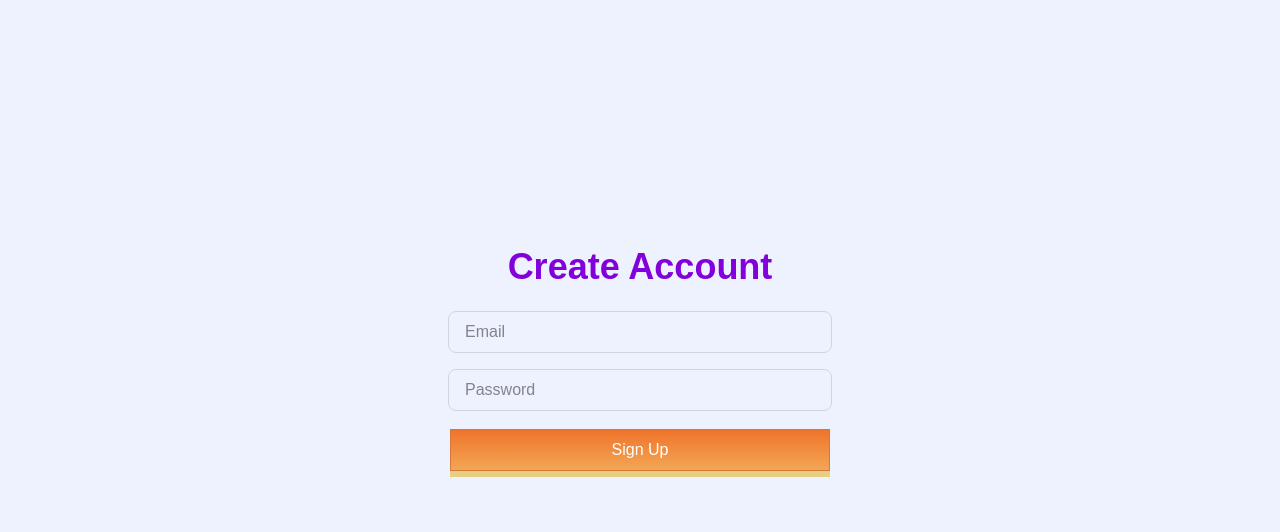
Repository: ramosfranz/bookie
Page: /signup
An editor plug-in stored every save of this project. The page is shown before and after the next save, followed by the edit.
The browser window is 1280 px wide. The pictures show the whole page.
The page's requests for data from a server got no answer. Some web fonts or font styles are not loaded; a fallback is used. The project was rebuilt for these pictures with package versions that can differ from the ones it lists, and the page was loaded fresh each time. The framework's server and built-in components were replaced by stand-ins that run in the browser. No one was signed in, and anything a server would have sent is missing. Also part of the build but not shown: next.config.ts.

Above is the page before, as saved 2025-12-06 03:17:28.

### src/app/layout.tsx
import type { Metadata } from "next";
import "./globals.css";
import Head from "next/head";

export const metadata: Metadata = {
  title: "Bookie",
  description: "Bookie",
};

export default function RootLayout({
  children,
}: Readonly<{ children: React.ReactNode }>) {
  return (
    <html lang="en">
      <Head>
        <link rel="preconnect" href="https://fonts.googleapis.com" />
        <link rel="preconnect" href="https://fonts.gstatic.com" crossOrigin="anonymous" />
        <link href="https://fonts.googleapis.com/css2?family=Jersey+25&display=swap" rel="stylesheet" />

      </Head>
      <body className="font-jersey antialiased">{children}</body>
    </html>
  );
}

### src/app/signup/page.tsx
"use client";

import { useState } from "react";
import { useRouter } from "next/navigation";
import { signUp } from "@/lib/supabase/auth";
import '../styles/pixelButton.css';

export default function SignupPage() {
  const router = useRouter();
  const [email, setEmail] = useState("");
  const [password, setPassword] = useState("");
  const [loading, setLoading] = useState(false);
  const [errorMsg, setErrorMsg] = useState("");

  const handleSignup = async (e: React.FormEvent) => {
    e.preventDefault();
    setLoading(true);
    setErrorMsg("");

    // Create user in Supabase
    const { data: authData, error: signUpError } = await signUp(email, password);

    if (signUpError) {
      setErrorMsg(signUpError.message);
      setLoading(false);
      return;
    }

    alert(
      "Signup successful! Please check your email to confirm your account before logging in."
    );

    router.push("/login");
    setLoading(false);
  };

  return (
    <div className="flex flex-col items-center justify-center min-h-screen bg-indigo-50 p-6">
      <h1 className="text-4xl font-bold mb-6 text-purple-700">Create Account</h1>
      <form onSubmit={handleSignup} className="flex flex-col gap-4 w-full max-w-sm">
        <input
          type="email"
          placeholder="Email"
          value={email}
          onChange={(e) => setEmail(e.target.value)}
          className="px-4 py-2 rounded-lg border border-gray-300 focus:outline-none focus:ring-2 focus:ring-purple-500"
          required
        />
        <input
          type="password"
          placeholder="Password"
          value={password}
          onChange={(e) => setPassword(e.target.value)}
          className="px-4 py-2 rounded-lg border border-gray-300 focus:outline-none focus:ring-2 focus:ring-purple-500"
          required
        />
        {errorMsg && <p className="text-red-600">{errorMsg}</p>}
        <button
          type="submit"
          className="pixelButton"
          disabled={loading}
        >
          {loading ? "Signing up..." : "Sign Up"}
        </button>
      </form>
    </div>
  );
}

### src/app/globals.css
@import url('https://fonts.googleapis.com/css2?family=Jersey+25&display=swap');
@import "tailwindcss";

:root {
  --background: #ffffff;
  --foreground: #171717;
  --font-jersey: 'Jersey 25', sans-serif;
}

@theme inline {
  --color-background: var(--background);
  --color-foreground: var(--foreground);
}

@media (prefers-color-scheme: dark) {
  :root {
    --background: #0a0a0a;
    --foreground: #ededed;
  }
}

body {
  background: var(--background);
  color: var(--foreground);
  font-family: var(--font-jersey);
}

.pixelated {
  image-rendering: pixelated;       /* Modern browsers */
  image-rendering: crisp-edges;     /* Fallback */
  -ms-interpolation-mode: nearest-neighbor; /* IE fallback */
}

### src/lib/supabase/auth.ts
import { supabase } from "@/lib/supabase/client";

// Sign up a new user
export async function signUp(email: string, password: string) {
  const { data, error } = await supabase.auth.signUp({ email, password });
  return { data, error };
}

// Sign in an existing user
export async function signIn(email: string, password: string) {
  const { data, error } = await supabase.auth.signInWithPassword({ email, password });
  return { data, error };
}

### src/app/styles/pixelButton.css
.pixelButton {
  display: inline-block;
  font-size: 1rem;
  color: white; /* you can customize */
  border-radius: 10; /* or var(--btn-radius) if you want rounded */
  border: 1px solid #d4783a; /* default outline */
  background: linear-gradient(to bottom, #ee742b, #f3a655);
  box-shadow: 0px 6px 0 #e6cf80;
  cursor: pointer;
  text-align: center;
  white-space: nowrap;
  transition: transform 0.1s ease, box-shadow 0.1s ease;
  image-rendering: pixelated;
  margin: 0.5%;
  padding: 0.5rem 1rem;
}

.pixelButton:hover {
  background: linear-gradient(to bottom, #ffa9b8, #ff605f);
  border-color: #ff1a14;
}

.pixelButton:active {
  transform: translateY(4px);
  box-shadow: 0 0 #000;
}

Loaded but not shown: src/lib/supabase/client.ts (common file)

After the next save:
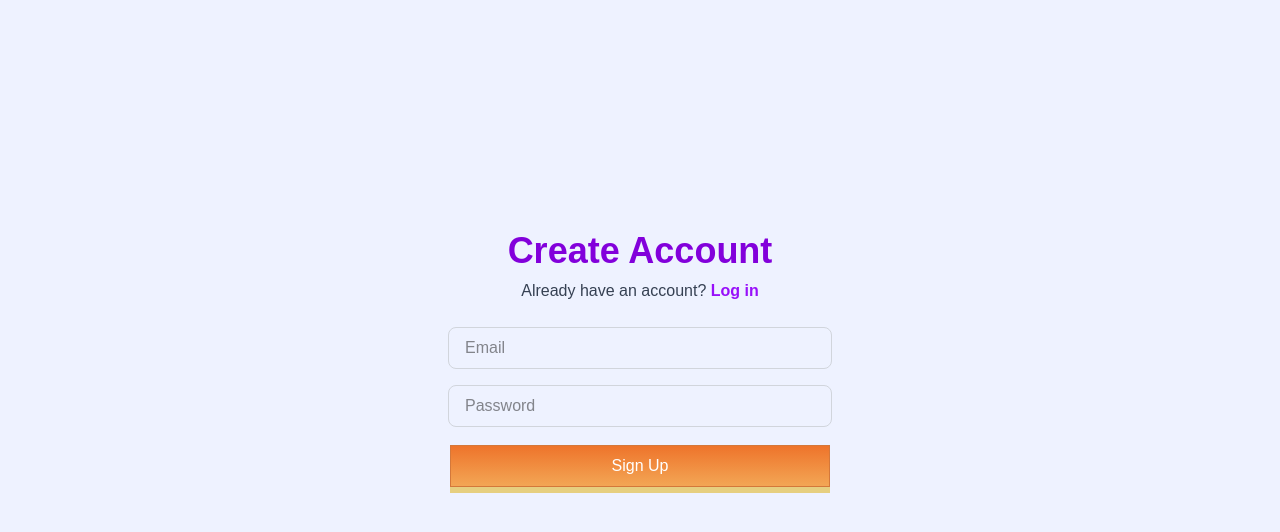
Saved 47 s later.
--- a/src/app/signup/page.tsx
+++ b/src/app/signup/page.tsx
@@ -36,7 +36,19 @@ export default function SignupPage() {
 
   return (
     <div className="flex flex-col items-center justify-center min-h-screen bg-indigo-50 p-6">
-      <h1 className="text-4xl font-bold mb-6 text-purple-700">Create Account</h1>
+      <h1 className="text-4xl font-bold mb-2 text-purple-700">Create Account</h1>
+
+      {/* Log in link below header */}
+      <p className="mb-6 text-gray-700">
+        Already have an account?{" "}
+        <span
+          onClick={() => router.push("/login")}
+          className="text-purple-600 font-semibold cursor-pointer hover:underline"
+        >
+          Log in
+        </span>
+      </p>
+
       <form onSubmit={handleSignup} className="flex flex-col gap-4 w-full max-w-sm">
         <input
           type="email"
